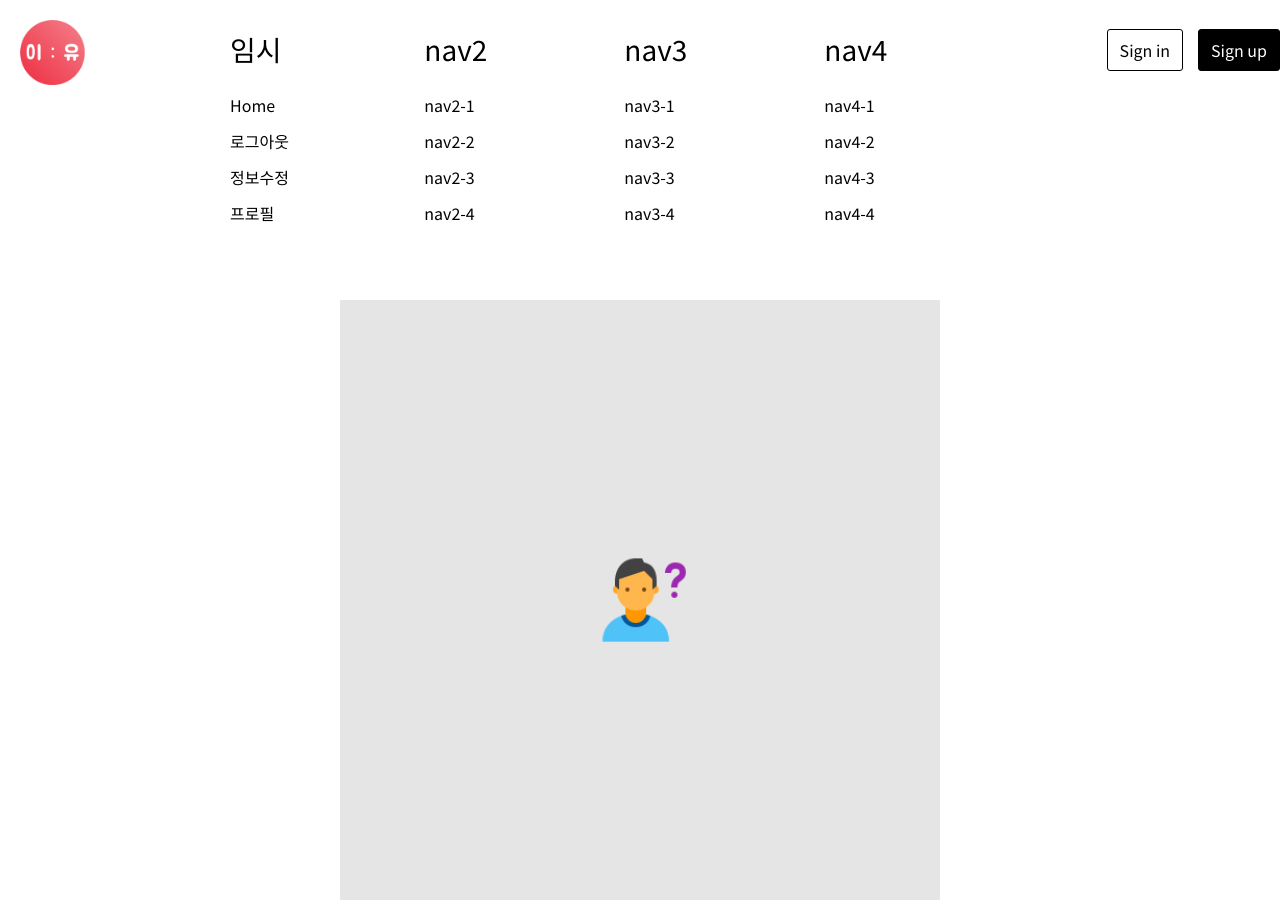
Repository: ryuwc/E_U
Page: /feeling (app in final-pjt-front/)
These files come from the project's save history. The page is drawn as it stood at one moment and after the next save; the edit follows.
The browser window is 1280 px wide. The pictures show the whole page.
The page's requests for data from a server got no answer. Some web libraries are served in a nearby version. The project was rebuilt for these pictures with package versions that can differ from the ones it lists, and the page was loaded fresh each time. No one was signed in, and anything a server would have sent is missing. Also part of the build but not shown: final-pjt-front/vue.config.js.

Above is the page before, as saved 2022-11-23 12:44:29.

After the next save:
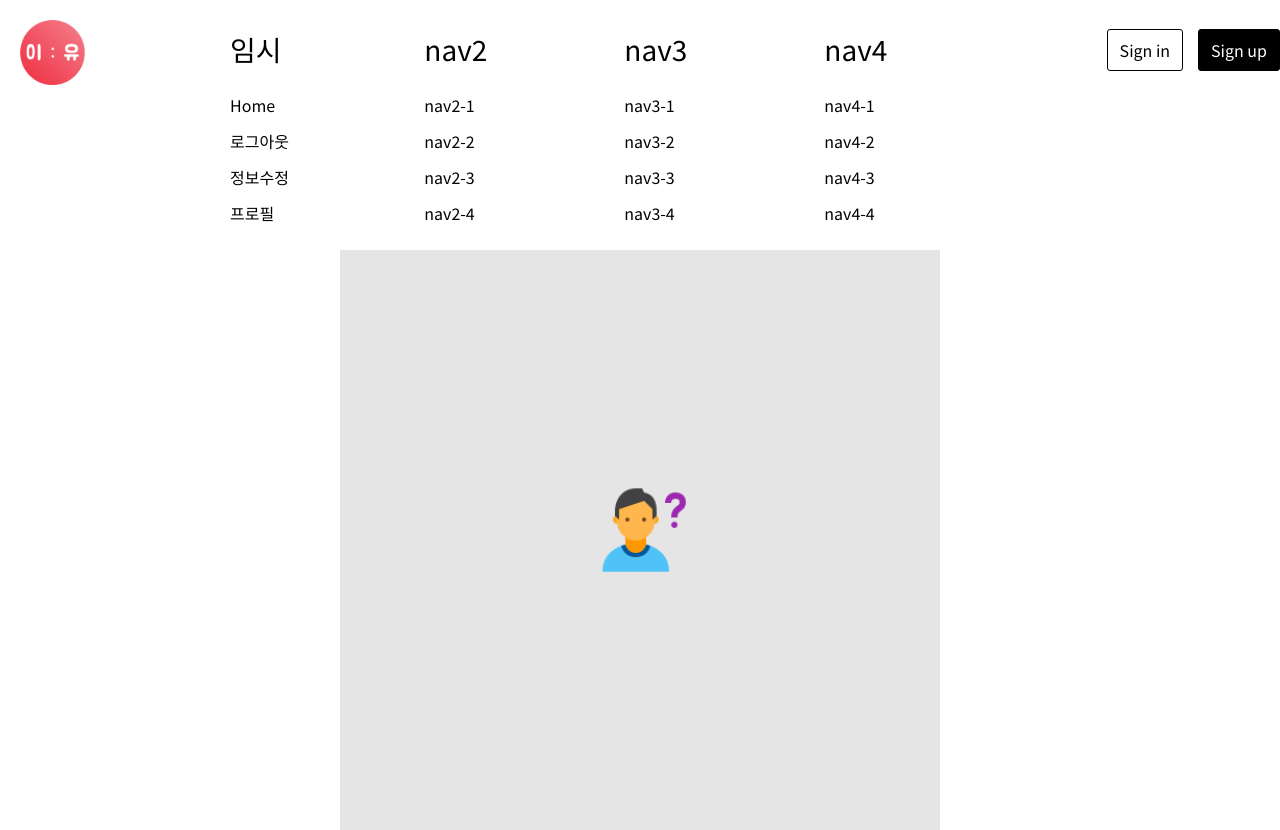
Saved 12 s later.
--- a/final-pjt-front/src/views/movies/FeelingMovieView.vue
+++ b/final-pjt-front/src/views/movies/FeelingMovieView.vue
@@ -61,7 +61,7 @@ export default {
   align-items: center;
   margin-left: auto;
   margin-right: auto;
-  margin-top: 300px;
+  margin-top: 230px;
 }
 
 .menu .toggle {
